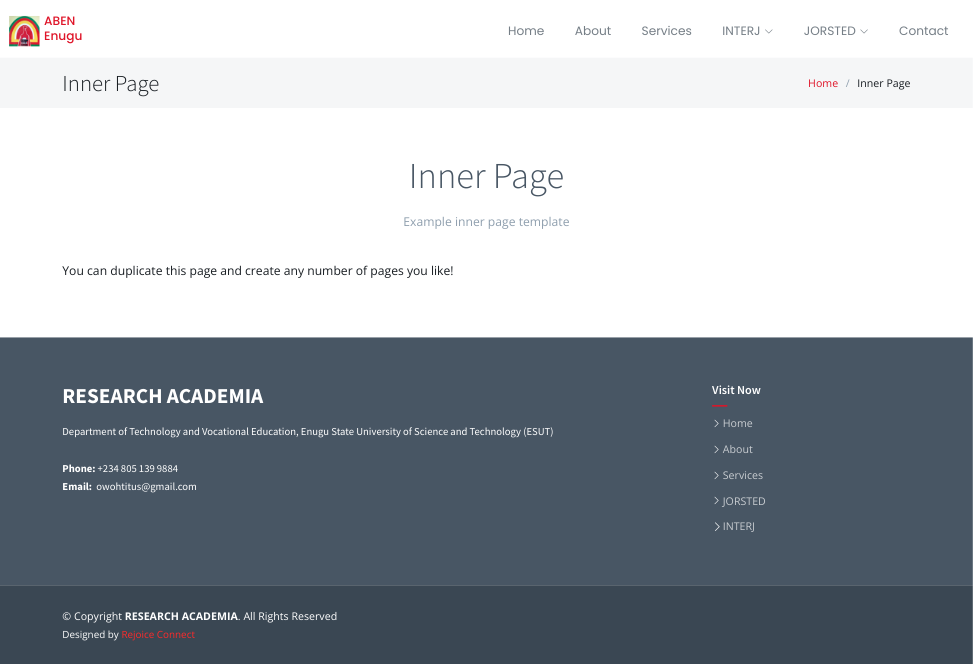
Repository: RejoiceOwoh/research-academia
Page: about.html
These files come from the project's save history. The page is drawn as it stood at one moment and after the next save; the edit follows.
The browser window is 1280 px wide. The pictures show the whole page, at 76% of full size.

Above is the page before, as saved 2023-07-14 12:58:03.

### about.html
<!DOCTYPE html>
<html lang="en">

<head>
  <meta charset="utf-8">
  <meta content="width=device-width, initial-scale=1.0" name="viewport">

  <title>Inner Page - HeroBiz Bootstrap Template</title>
  <meta content="" name="description">
  <meta content="" name="keywords">

  <!-- Favicons -->
  <link href="assets/img/favicon.jpg" rel="icon">
  <link href="assets/img/apple-touch-icon.jpg" rel="apple-touch-icon">

  <!-- Google Fonts -->
  <link rel="preconnect" href="https://fonts.googleapis.com">
  <link rel="preconnect" href="https://fonts.gstatic.com" crossorigin>
  <link href="https://fonts.googleapis.com/css2?family=Open+Sans:ital,wght@0,300;0,400;0,500;0,600;0,700;1,300;1,400;1,500;1,600;1,700&family=Poppins:ital,wght@0,300;0,400;0,500;0,600;0,700;1,300;1,400;1,500;1,600;1,700&family=Source+Sans+Pro:ital,wght@0,300;0,400;0,600;0,700;1,300;1,400;1,600;1,700&display=swap" rel="stylesheet">

  <!-- Vendor CSS Files -->
  <link href="assets/vendor/bootstrap/css/bootstrap.min.css" rel="stylesheet">
  <link href="assets/vendor/bootstrap-icons/bootstrap-icons.css" rel="stylesheet">
  <link href="assets/vendor/aos/aos.css" rel="stylesheet">
  <link href="assets/vendor/glightbox/css/glightbox.min.css" rel="stylesheet">
  <link href="assets/vendor/swiper/swiper-bundle.min.css" rel="stylesheet">

  <!-- Variables CSS Files. Uncomment your preferred color scheme -->
  <!-- <link href="assets/css/variables.css" rel="stylesheet"> -->
  <!-- <link href="assets/css/variables-blue.css" rel="stylesheet"> -->
  <!-- <link href="assets/css/variables-green.css" rel="stylesheet"> -->
  <!-- <link href="assets/css/variables-orange.css" rel="stylesheet"> -->
  <!-- <link href="assets/css/variables-purple.css" rel="stylesheet"> -->
  <link href="assets/css/variables-red.css" rel="stylesheet">
  <!-- <link href="assets/css/variables-pink.css" rel="stylesheet"> -->

  <!-- Template Main CSS File -->
  <link href="assets/css/main.css" rel="stylesheet">

</head>

<body>

  <!-- ======= Header ======= -->
  <header id="header" class="header fixed-top" data-scrollto-offset="0">
    <div class="container-fluid d-flex align-items-center justify-content-between">

      <a href="index.html" class="logo d-flex align-items-center scrollto me-auto me-lg-0">
        <!-- Uncomment the line below if you also wish to use an image logo -->
        <img src="assets/img/logo.jpg" alt="">
        <h1 style="font-size: 1rem;"><span>ABEN <br>Enugu</span></h1>
      </a>

      <nav id="navbar" class="navbar">
        <ul>
          <li><a class="nav-link scrollto" href="index.html">Home</a></li>
          <li><a class="nav-link scrollto" href="index.html#about">About</a></li>
          <li><a class="nav-link scrollto" href="index.html#services">Services</a></li>
           <li class="dropdown"><a href="INTERJ-vol-1.html"><span>INTERJ</span> <i class="bi bi-chevron-down dropdown-indicator"></i></a>
            <ul>
              <li><a href="INTERJ-vol-1.html">Vol 1 (2013)</a></li>
				<li><a href="INTERJ-vol-4.html">Vol 4 (2016)</a></li>
              <li><a href="INTERJ-vol-5-1.html">Vol 5 No. 1 (2017)</a></li>
              <li><a href="INTERJ-vol-5-2.html">Vol 5 No. 2 (2017)</a></li>
            </ul>
          </li>
			<li class="dropdown"><a href="JORSTED-vol-1.html"><span>JORSTED</span> <i class="bi bi-chevron-down dropdown-indicator"></i></a>
            <ul>
              <li><a href="JORSTED-vol-1.html">Vol 1 No. 1 (2013)</a></li>
				<li><a href="JORSTED-vol-6-1.html">Vol 6 No. 1 (2016)</a></li>
				<li><a href="JORSTED-vol-7-1.html">Vol 7 No. 1 (2017)</a></li>
				<li><a href="JORSTED-vol-7-2.html">Vol 7 No. 2 (2017)</a></li>
            </ul>
          </li>
          <li><a class="nav-link scrollto" href="index.html#contact">Contact</a></li>
        </ul>
        <i class="bi bi-list mobile-nav-toggle d-none"></i>
      </nav><!-- .navbar -->

    </div>
  </header><!-- End Header -->


  <main id="main">

    <!-- ======= Breadcrumbs ======= -->
    <div class="breadcrumbs">
      <div class="container">

        <div class="d-flex justify-content-between align-items-center">
          <h2>Inner Page</h2>
          <ol>
            <li><a href="index.html">Home</a></li>
            <li>Inner Page</li>
          </ol>
        </div>

      </div>
    </div><!-- End Breadcrumbs -->

    <!-- ======= Blog Section ======= -->
    <section class="inner-page">
      <div class="container" data-aos="fade-up">

        <div class="section-header">
          <h2>Inner Page</h2>
          <p>Example inner page template</p>
        </div>

        <p>
          You can duplicate this page and create any number of pages you like!
        </p>

      </div>
    </section><!-- End Inner Page -->

  </main><!-- End #main -->

  <!-- ======= Footer ======= -->
  <footer id="footer" class="footer">

    <div class="footer-content">
      <div class="container">
        <div class="row">

          <div class="col-lg-9 col-md-6">
            <div class="footer-info">
              <h3>Research Academia</h3>
              <p>
                Department of Technology and Vocational Education, Enugu State University of Science and Technology (ESUT)&nbsp;<br><br>
                <strong>Phone:</strong> +234 805 139 9884<br>
                <strong>Email:</strong> &nbsp;owohtitus@gmail.com<br>
              </p>
            </div>
          </div>




          <div class="col-lg-3 col-md-6 footer-links">
            <h4>Visit Now</h4>
            <ul>
              <li><i class="bi bi-chevron-right"></i> <a href="index.html">Home</a></li>
              <li><i class="bi bi-chevron-right"></i> <a href="index.html#about">About</a></li>
              <li><i class="bi bi-chevron-right"></i> <a href="index.html#services">Services</a></li>
              <li><i class="bi bi-chevron-right"></i> <a href="JORSTED-vol-1.html">JORSTED</a></li>
				<li class="bi bi-chevron-right"><a href="INTERJ-vol-1.html"><span>INTERJ</span> </a>

          </li>

            </ul>
          </div>

<!--
          <div class="col-lg-4 col-md-6 footer-newsletter">
            <h4>Our Newsletter</h4>
            <p>Tamen quem nulla quae legam multos aute sint culpa legam noster magna</p>
            <form action="" method="post">
              <input type="email" name="email"><input type="submit" value="Subscribe">
            </form>

          </div>
-->

        </div>
      </div>
    </div>

    <div class="footer-legal text-center">
      <div class="container d-flex flex-column flex-lg-row justify-content-center justify-content-lg-between align-items-center">

        <div class="d-flex flex-column align-items-center align-items-lg-start">
          <div class="copyright">
            &copy; Copyright <strong><span>RESEARCH ACADEMIA</span></strong>. All Rights Reserved
          </div>
          <div class="credits">
            Designed by <a href="https://rejoiceconnect.com.ng/">Rejoice Connect</a>
          </div>
        </div>

<!--
        <div class="social-links order-first order-lg-last mb-3 mb-lg-0">
          <a href="#" class="twitter"><i class="bi bi-twitter"></i></a>
          <a href="#" class="facebook"><i class="bi bi-facebook"></i></a>
          <a href="#" class="instagram"><i class="bi bi-instagram"></i></a>
          <a href="#" class="google-plus"><i class="bi bi-skype"></i></a>
          <a href="#" class="linkedin"><i class="bi bi-linkedin"></i></a>
        </div>
-->

      </div>
    </div>

  </footer><!-- End Footer -->

  <a href="#" class="scroll-top d-flex align-items-center justify-content-center"><i class="bi bi-arrow-up-short"></i></a>

  <div id="preloader"></div>

  <!-- Vendor JS Files -->
  <script src="assets/vendor/bootstrap/js/bootstrap.bundle.min.js"></script>
  <script src="assets/vendor/aos/aos.js"></script>
  <script src="assets/vendor/glightbox/js/glightbox.min.js"></script>
  <script src="assets/vendor/isotope-layout/isotope.pkgd.min.js"></script>
  <script src="assets/vendor/swiper/swiper-bundle.min.js"></script>
  <script src="assets/vendor/php-email-form/validate.js"></script>

  <!-- Template Main JS File -->
  <script src="assets/js/main.js"></script>

</body>

</html>

### assets/css/variables-red.css
/**
* Template Name: HeroBiz
* File: variables-red.css
* Description: Easily customize colors, typography, and other repetitive properties used in the template main stylesheet file main.css
*
* Template URL: https://bootstrapmade.com/herobiz-bootstrap-business-template/
* Author: BootstrapMade.com
* License: https://bootstrapmade.com/license/
*
* Contents:
* 1. HeroBiz template variables
* 2. Override default Bootstrap variables
* 3. Set color and background class names
*
* Learn more about CSS variables at https://developer.mozilla.org/en-US/docs/Web/CSS/Using_CSS_custom_properties
*/

/*--------------------------------------------------------------
# 1. HeroBiz template variables
--------------------------------------------------------------*/
:root {

  /* Fonts */
  --font-default: 'Open Sans', system-ui, -apple-system, "Segoe UI", Roboto, "Helvetica Neue", Arial, "Noto Sans", "Liberation Sans", sans-serif, "Apple Color Emoji", "Segoe UI Emoji", "Segoe UI Symbol", "Noto Color Emoji";
  --font-primary: 'Source Sans Pro', sans-serif;
  --font-secondary: 'Poppins', sans-serif;

  /* Colors */
  /* The *-rgb color names are simply the RGB converted value of the corresponding color for use in the rgba() function */

  /* Default text color */
  --color-default: #1a1f24;
  --color-default-rgb: 26, 31, 36;

  /* Defult links color */
  --color-links: #df1529;
  --color-links-hover: #ff2b2b;

  /* Primay colors */
  --color-primary: #df1529;
  --color-primary-light: #ff2b2b;
  --color-primary-dark: #c00719;

  --color-primary-rgb: 223, 21, 41;
  --color-primary-light-rgb: 255, 43, 43;
  --color-primary-dark-rgb: 192, 7, 25;

  /* Secondary colors */
  --color-secondary: #485664;
  --color-secondary-light: #8f9fae;
  --color-secondary-dark: #3a4753;

  --color-secondary-rgb: 72, 86, 100;
  --color-secondary-light-rgb: 143, 159, 174;
  --color-secondary-dark-rgb: 58, 71, 83;

  /* General colors */
  --color-blue: #0d6efd;
  --color-blue-rgb: 13, 110, 253;

  --color-indigo: #6610f2;
  --color-indigo-rgb: 102, 16, 242;

  --color-purple: #6f42c1;
  --color-purple-rgb: 111, 66, 193;

  --color-pink: #f3268c;
  --color-pink-rgb: 243, 38, 140;

  --color-red: #df1529;
  --color-red-rgb: 223, 21, 4;

  --color-orange: #fd7e14;
  --color-orange-rgb: 253, 126, 20;

  --color-yellow: #ffc107;
  --color-yellow-rgb: 255, 193, 7;

  --color-green: #059652;
  --color-green-rgb: 5, 150, 82;

  --color-teal: #20c997;
  --color-teal-rgb: 32, 201, 151;

  --color-cyan: #0dcaf0;
  --color-cyan-rgb: 13, 202, 240;

  --color-white: #ffffff;
  --color-white-rgb: 255, 255, 255;

  --color-gray: #6c757d;
  --color-gray-rgb: 108, 117, 125;

  --color-black: #000000;
  --color-black-rgb: 0, 0, 0;

}

/*--------------------------------------------------------------
# 2. Override default Bootstrap variables
--------------------------------------------------------------*/
:root {

  --bs-blue: var(--color-blue);
  --bs-indigo: var(--color-indigo);
  --bs-purple: var(--color-purple);
  --bs-pink: var(--color-pink);
  --bs-red: var(--color-red);
  --bs-orange: var(--color-orange);
  --bs-yellow: var(--color-yellow);
  --bs-green: var(--color-green);
  --bs-teal: var(--color-teal);
  --bs-cyan: var(--color-cyan);
  --bs-white: var(--color-white);
  --bs-gray: var(--color-gray);
  --bs-gray-dark: #343a40;
  --bs-gray-100: #f8f9fa;
  --bs-gray-200: #e9ecef;
  --bs-gray-300: #dee2e6;
  --bs-gray-400: #ced4da;
  --bs-gray-500: #adb5bd;
  --bs-gray-600: #6c757d;
  --bs-gray-700: #495057;
  --bs-gray-800: #343a40;
  --bs-gray-900: #212529;
  --bs-primary: var(--color-blue);
  --bs-secondary: var(--color-blue);
  --bs-success: #198754;
  --bs-info: #0dcaf0;
  --bs-warning: #ffc107;
  --bs-danger: #dc3545;
  --bs-light: #f8f9fa;
  --bs-dark: #212529;
  --bs-primary-rgb: var(--color-primary-rgb);
  --bs-secondary-rgb: var(--color-secondary-rgb);
  --bs-success-rgb: 25, 135, 84;
  --bs-info-rgb: 13, 202, 240;
  --bs-warning-rgb: 255, 193, 7;
  --bs-danger-rgb: 220, 53, 69;
  --bs-light-rgb: 248, 249, 250;
  --bs-dark-rgb: 33, 37, 41;
  --bs-white-rgb: var(--color-white-rgb);
  --bs-black-rgb: var(--color-black-rgb);
  --bs-body-color-rgb: var(--color-default-rgb);
  --bs-body-bg-rgb: 255, 255, 255;
  --bs-font-sans-serif: var(--font-default);
  --bs-font-monospace: SFMono-Regular, Menlo, Monaco, Consolas, "Liberation Mono", "Courier New", monospace;
  --bs-gradient: linear-gradient(180deg, rgba(255, 255, 255, 0.15), rgba(255, 255, 255, 0));
  --bs-body-font-family: var(--font-default);
  --bs-body-font-size: 1rem;
  --bs-body-font-weight: 400;
  --bs-body-line-height: 1.5;
  --bs-body-color: var(--color-default);
  --bs-body-bg: #fff;

}

/*--------------------------------------------------------------
# 3. Set color and background class names
--------------------------------------------------------------*/
/* Fonts */
.font-default { font-family: var(--font-default) !important; }
.font-primary { font-family: var(--font-primary) !important;}
.font-secondary { font-family: var(--font-secondary) !important; }

/* Text Colors */
.color-default { color: var(--color-default) !important; }
.color-links { color: var(--color-links) !important; }
.color-links:hover { color: var(--color-links-hover) !important; }
.color-primary { color: var(--color-primary) !important; }
.color-primary-light { color: var(--color-primary-light) !important; }
.color-primary-dark { color: var(--color-primary-dark) !important; }
.color-secondary { color: var(--color-secondary) !important; }
.color-secondary-light { color: var(--color-secondary-light) !important; }
.color-secondary-dark { color: var(--color-secondary-dark) !important; }
.color-blue { color: var(--color-blue) !important; }
.color-indigo { color: var(--color-indigo) !important; }
.color-purple { color: var(--color-purple) !important; }
.color-pink { color: var(--color-pink) !important; }
.color-red { color: var(--color-red) !important; }
.color-orange { color: var(--color-orange) !important; }
.color-yellow { color: var(--color-yellow) !important; }
.color-green { color: var(--color-green) !important; }
.color-teal { color: var(--color-teal) !important; }
.color-cyan { color: var(--color-cyan) !important; }
.color-white { color: var(--color-white) !important; }
.color-gray { color: var(--color-gray) !important; }
.color-black { color: var(--color-black) !important; }

/* Background Colors */
.bg-default { background-color: var(--color-default) !important; }
.bg-primary { background-color: var(--color-primary) !important; }
.bg-primary-light { background-color: var(--color-primary-light) !important; }
.bg-primary-dark { background-color: var(--color-primary-dark) !important; }
.bg-secondary { background-color: var(--color-secondary) !important; }
.bg-secondary-light { background-color: var(--color-secondary-light) !important; }
.bg-secondary-dark { background-color: var(--color-secondary-dark) !important; }
.bg-blue { background-color: var(--color-blue) !important; }
.bg-indigo { background-color: var(--color-indigo) !important; }
.bg-purple { background-color: var(--color-purple) !important; }
.bg-pink { background-color: var(--color-pink) !important; }
.bg-red { background-color: var(--color-red) !important; }
.bg-orange { background-color: var(--color-orange) !important; }
.bg-yellow { background-color: var(--color-yellow) !important; }
.bg-green { background-color: var(--color-green) !important; }
.bg-teal { background-color: var(--color-teal) !important; }
.bg-cyan { background-color: var(--color-cyan) !important; }
.bg-white { background-color: var(--color-white) !important; }
.bg-gray { background-color: var(--color-gray) !important; }
.bg-black { background-color: var(--color-black) !important; }

Loaded but not shown: assets/vendor/bootstrap/css/bootstrap.min.css (library); assets/vendor/bootstrap-icons/bootstrap-icons.css (library); assets/vendor/aos/aos.css (library); assets/vendor/glightbox/css/glightbox.min.css (library); assets/vendor/swiper/swiper-bundle.min.css (library); assets/vendor/bootstrap/js/bootstrap.bundle.min.js (library); assets/vendor/aos/aos.js (library); assets/vendor/glightbox/js/glightbox.min.js (library); assets/vendor/isotope-layout/isotope.pkgd.min.js (library); assets/vendor/swiper/swiper-bundle.min.js (library); assets/vendor/php-email-form/validate.js (common file); assets/js/main.js (297 lines, source omitted); assets/css/main.css (3283 lines, source omitted)

After the next save:
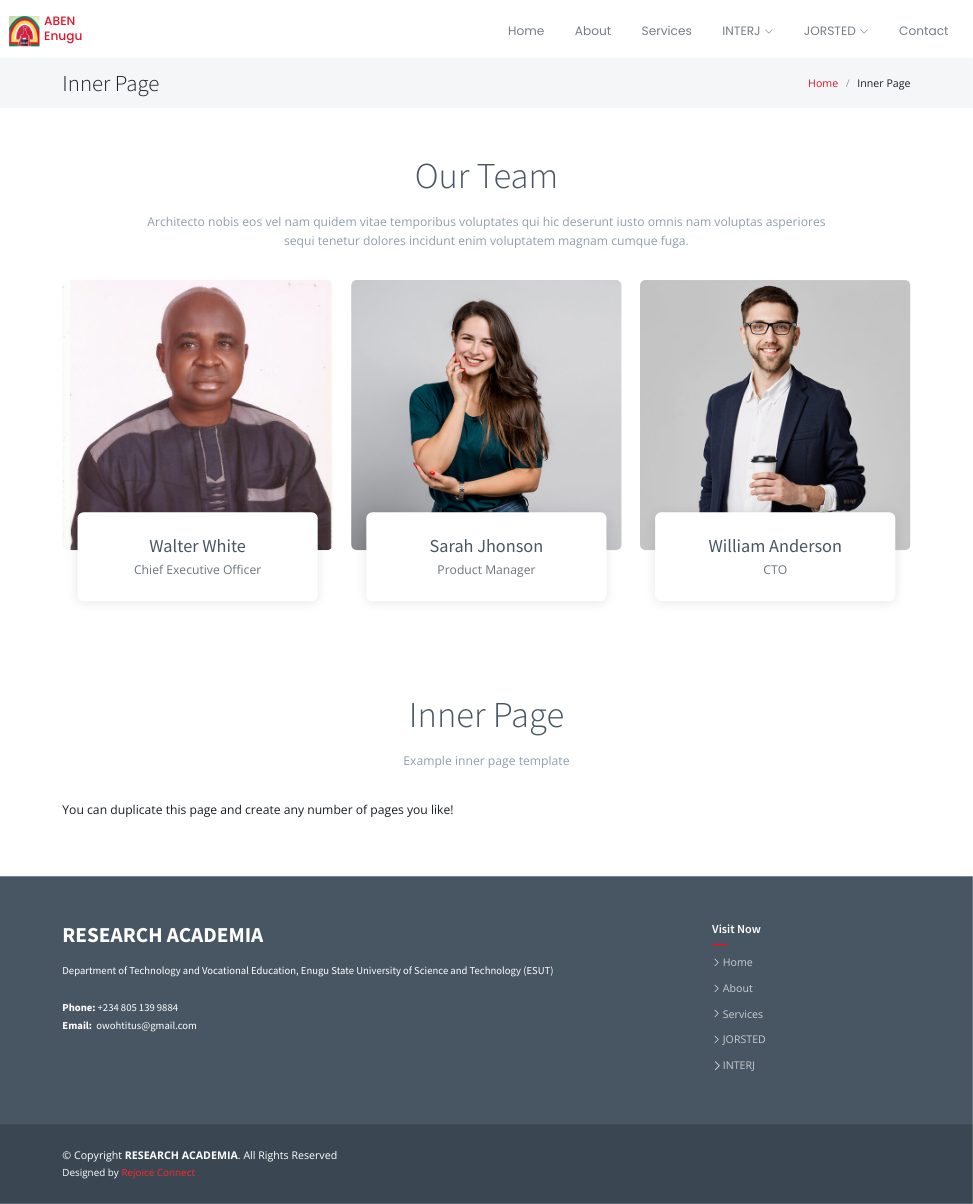
Saved 2 min 10 s later.
--- a/about.html
+++ b/about.html
@@ -99,6 +99,78 @@
     </div><!-- End Breadcrumbs -->
 
     <!-- ======= Blog Section ======= -->
+
+
+    <!-- ======= Team Section ======= -->
+    <section id="team" class="team">
+      <div class="container" data-aos="fade-up">
+
+        <div class="section-header">
+          <h2>Our Team</h2>
+          <p>Architecto nobis eos vel nam quidem vitae temporibus voluptates qui hic deserunt iusto omnis nam voluptas asperiores sequi tenetur dolores incidunt enim voluptatem magnam cumque fuga.</p>
+        </div>
+
+        <div class="row gy-5">
+
+          <div class="col-xl-4 col-md-6 d-flex" data-aos="zoom-in" data-aos-delay="200">
+            <div class="team-member">
+              <div class="member-img">
+                <img src="assets/img/team/team-1.jpg" class="img-fluid" alt="">
+              </div>
+              <div class="member-info">
+                <div class="social">
+                  <a href=""><i class="bi bi-twitter"></i></a>
+                  <a href=""><i class="bi bi-facebook"></i></a>
+                  <a href=""><i class="bi bi-instagram"></i></a>
+                  <a href=""><i class="bi bi-linkedin"></i></a>
+                </div>
+                <h4>Walter White</h4>
+                <span>Chief Executive Officer</span>
+              </div>
+            </div>
+          </div><!-- End Team Member -->
+
+          <div class="col-xl-4 col-md-6 d-flex" data-aos="zoom-in" data-aos-delay="400">
+            <div class="team-member">
+              <div class="member-img">
+                <img src="assets/img/team/team-2.jpg" class="img-fluid" alt="">
+              </div>
+              <div class="member-info">
+                <div class="social">
+                  <a href=""><i class="bi bi-twitter"></i></a>
+                  <a href=""><i class="bi bi-facebook"></i></a>
+                  <a href=""><i class="bi bi-instagram"></i></a>
+                  <a href=""><i class="bi bi-linkedin"></i></a>
+                </div>
+                <h4>Sarah Jhonson</h4>
+                <span>Product Manager</span>
+              </div>
+            </div>
+          </div><!-- End Team Member -->
+
+          <div class="col-xl-4 col-md-6 d-flex" data-aos="zoom-in" data-aos-delay="600">
+            <div class="team-member">
+              <div class="member-img">
+                <img src="assets/img/team/team-3.jpg" class="img-fluid" alt="">
+              </div>
+              <div class="member-info">
+                <div class="social">
+                  <a href=""><i class="bi bi-twitter"></i></a>
+                  <a href=""><i class="bi bi-facebook"></i></a>
+                  <a href=""><i class="bi bi-instagram"></i></a>
+                  <a href=""><i class="bi bi-linkedin"></i></a>
+                </div>
+                <h4>William Anderson</h4>
+                <span>CTO</span>
+              </div>
+            </div>
+          </div><!-- End Team Member -->
+
+        </div>
+
+      </div>
+    </section><!-- End Team Section -->
+
     <section class="inner-page">
       <div class="container" data-aos="fade-up">
 
